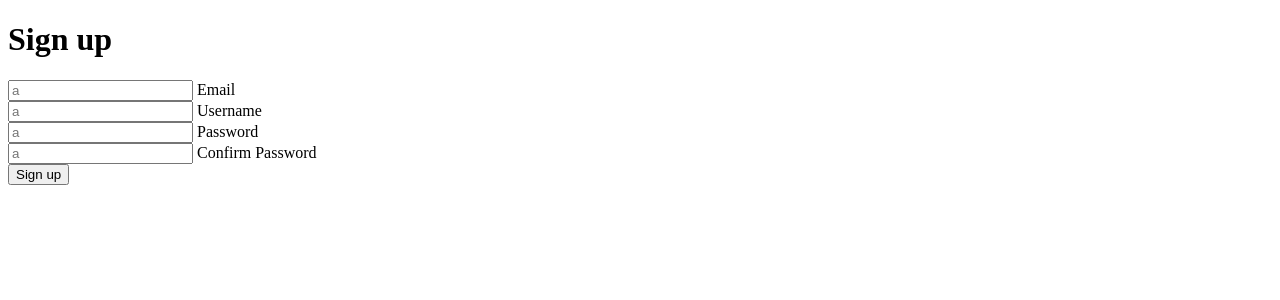
Repository: Anasooya2601/ecom
Page: Pages/LogIn/login.html
An editor plug-in stored every save of this project. The page is shown before and after the next save, followed by the edit.
The browser window is 1280 px wide. The pictures show the whole page.

Above is the page before, as saved 2022-02-12 02:27:50.

After the next save:
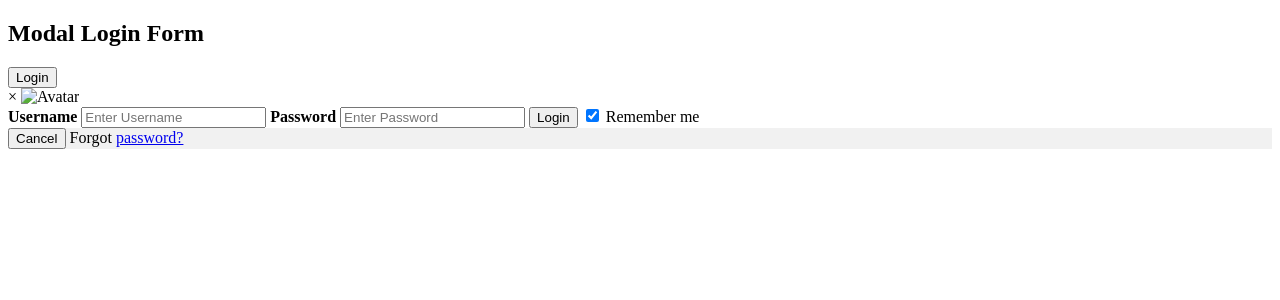
Not found: Pages/LogIn/img_avatar2.png
Saved 80 s later.
--- a/Pages/LogIn/login.html
+++ b/Pages/LogIn/login.html
@@ -7,32 +7,36 @@
     <title>login page</title>
 </head>
 <body>
-    <div class="signupFrm">
-        <form action="" class="form">
-          <h1 class="title">Sign up</h1>
+    <h2>Modal Login Form</h2>
 
-          <div class="inputContainer">
-            <input type="text" class="input" placeholder="a">
-            <label for="" class="label">Email</label>
-          </div>
+    <button onclick="document.getElementById('id01').style.display='block'" style="width:auto;">Login</button>
 
-          <div class="inputContainer">
-            <input type="text" class="input" placeholder="a">
-            <label for="" class="label">Username</label>
-          </div>
+    <div id="id01" class="modal">
 
-          <div class="inputContainer">
-            <input type="text" class="input" placeholder="a">
-            <label for="" class="label">Password</label>
-          </div>
+      <form class="modal-content animate" action="/action_page.php" method="post">
+        <div class="imgcontainer">
+          <span onclick="document.getElementById('id01').style.display='none'" class="close" title="Close Modal">&times;</span>
+          <img src="img_avatar2.png" alt="Avatar" class="avatar">
+        </div>
 
-          <div class="inputContainer">
-            <input type="text" class="input" placeholder="a">
-            <label for="" class="label">Confirm Password</label>
-          </div>
+        <div class="container">
+          <label for="uname"><b>Username</b></label>
+          <input type="text" placeholder="Enter Username" name="uname" required>
 
-          <input type="submit" class="submitBtn" value="Sign up">
-        </form>
-      </div>
+          <label for="psw"><b>Password</b></label>
+          <input type="password" placeholder="Enter Password" name="psw" required>
+
+          <button type="submit">Login</button>
+          <label>
+            <input type="checkbox" checked="checked" name="remember"> Remember me
+          </label>
+        </div>
+
+        <div class="container" style="background-color:#f1f1f1">
+          <button type="button" onclick="document.getElementById('id01').style.display='none'" class="cancelbtn">Cancel</button>
+          <span class="psw">Forgot <a href="#">password?</a></span>
+        </div>
+      </form>
+    </div>
 </body>
 </html>
